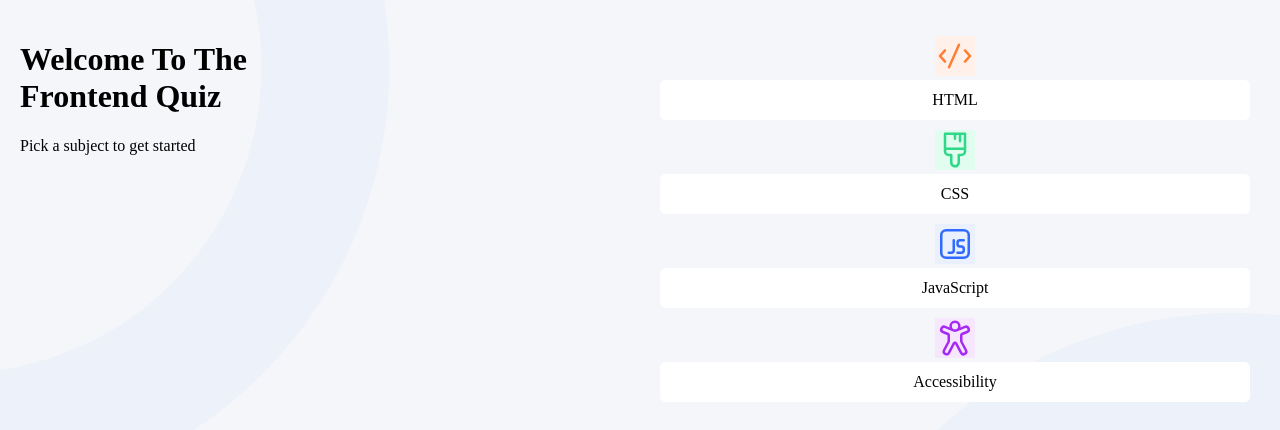
Repository: Daniel054311/Quiz-app-V1
Page: index.html
An editor plug-in stored every save of this project. The page is shown before and after a run of saves, followed by the edit.
The browser window is 1280 px wide. The pictures show the whole page.

Above is the page before, as saved 2024-01-28 15:13:49.

### index.html
<!DOCTYPE html>
<html lang="en">
<head>
    <meta charset="UTF-8">
    <meta name="viewport" content="width=device-width, initial-scale=1.0">
    <title>Document</title>
    <link rel="stylesheet" type="text/css" href="./asset/css/index.css">
</head>
<body>
    <div class="parent-container">
        <div class="left-container">
         <h1>Welcome To The <br><b>Frontend Quiz</b></h1>
         <p>Pick a subject to get started</p>

        </div>
        <div class="right-container">
            <div class="navigation">
                <ul>
                  <li>
                    <img class="image" src="./asset/images/icon-html.svg" alt="" style="background-color: #fff1E9">
                <div class=",content"><a href="#html">HTML</a></div>
                </li>
                  <li>
                    <img src="./asset/images/icon-css.svg"  alt="" style="background-color: #E0FDEF">
                <div><a href="#css">CSS</a></div>
                </li>
                  <li>
                    <img src="./asset/images/icon-js.svg" alt="" style="background-color: #EBF0FF">
                <div><a href="#javascript">JavaScript</a></div>
                </li>
                  <li>
                    <img src="./asset/images/icon-accessibility.svg" alt="" style= "background-color: #F6E7FF">
                    <div><a href="#accessibility">Accessibility</a></div>
                </li>
                </ul>
              </div>
        </div>









    </div>

</body>
</html>

### asset/css/index.css
body {
    margin: 0;
    display: flex;
    align-items: center;
    justify-content: center;
    height: 100vh;
  }

  .parent-container {
    display: flex;
    flex-direction:row;
    width: 100%;
    height:100%;
    background-image:url("../images/pattern-background-desktop-light.svg");
    background-size: cover;
    background-color:#f4f6fA;

  }

  .left-container {
    flex: 1;
    padding: 20px;
    text-align:left;/* Add a border between left and right containers */
  }

  .right-container {
    flex: 1;
    padding: 20px;
    text-align:right;
    display:flex;
    flex-direction:column;
  }

  .navigation ul {
    list-style: none;
    padding: 0;
    display: flex;
    flex-direction: column;
  }

  .navigation li {
    margin-right: 10px;
    margin-bottom: 10px;
    text-align: center;
    justify-content:
     /* Add space between buttons */
  }

  .navigation a {
    display: block;
    padding: 10px;
    text-decoration: none;
    color: #000000;
    background-color: #ffffff;
    border: 1px solid #ffffff;
    border-radius: 5px;
  }

  .navigation a:hover {


  }


  /* .header.h1 {
    text-align: center;
    font-weight: 500;
    font-size:25px;

  }
   */
  /* .user-controls {
    /* Add styles for user controls if needed */
  /* }

  .navigation {
    text-align: center;
  }

  .navigation ul {
    list-style: none;
    padding: 0;
    flex-direction: column;
    align-items:center
  }

  .navigation li {
    margin-bottom: 10px;
  }
   */



  /* .navigation a:hover {
    background-color: #ddd;
  } */

After the next 2 saves:
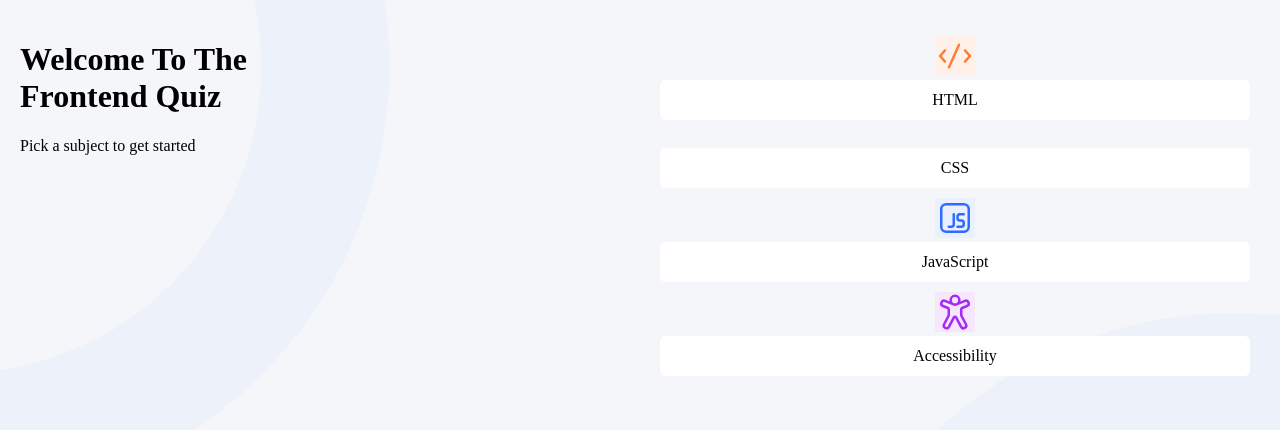
The 2 saves are shown as one change because they came seconds apart.
The last was saved 13 s later.
--- a/index.html
+++ b/index.html
@@ -21,7 +21,7 @@
                 <div class=",content"><a href="#html">HTML</a></div>
                 </li>
                   <li>
-                    <img src="./asset/images/icon-css.svg"  alt="" style="background-color: #E0FDEF">
+                    <img class= src="./asset/images/icon-css.svg"  alt="" style="background-color: #E0FDEF">
                 <div><a href="#css">CSS</a></div>
                 </li>
                   <li>

After the 3 saves that followed:
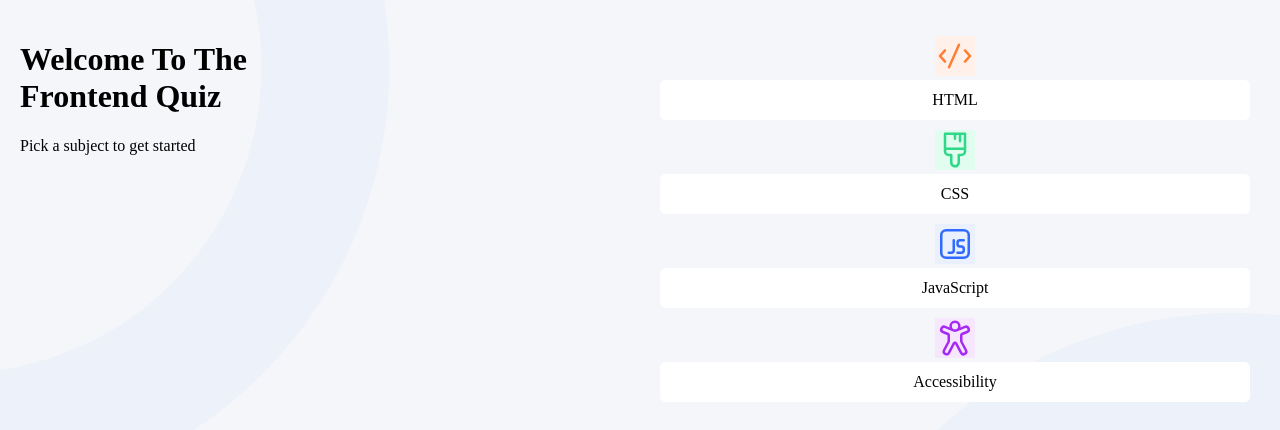
The 3 saves are shown as one change because they came seconds apart.
The last was saved 9 s later.
--- a/index.html
+++ b/index.html
@@ -21,7 +21,7 @@
                 <div class=",content"><a href="#html">HTML</a></div>
                 </li>
                   <li>
-                    <img class= src="./asset/images/icon-css.svg"  alt="" style="background-color: #E0FDEF">
+                    <img class= "" src="./asset/images/icon-css.svg"  alt="" style="background-color: #E0FDEF">
                 <div><a href="#css">CSS</a></div>
                 </li>
                   <li>
